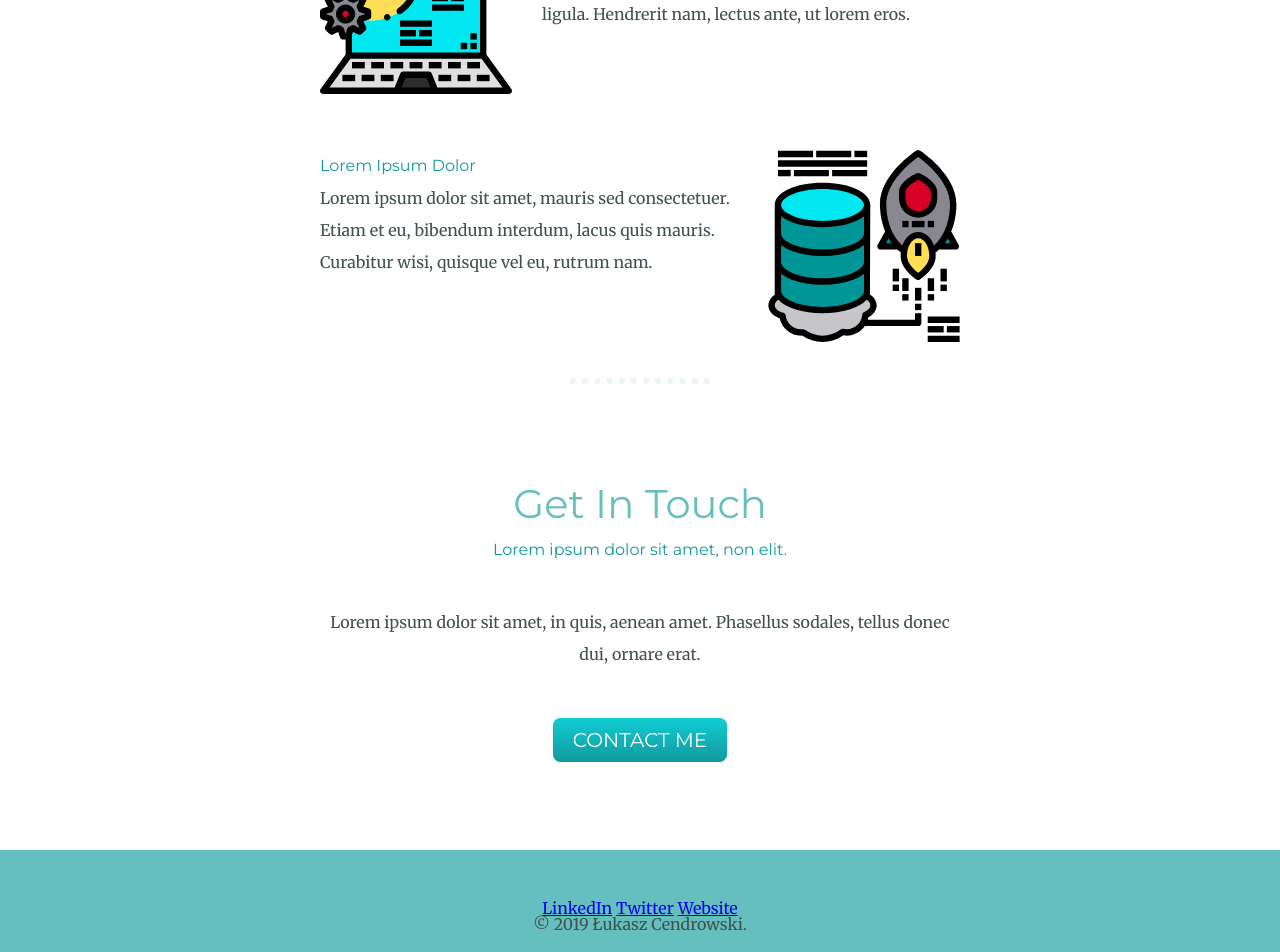
Repository: Isanderr/simple_landing_page-1
Page: index.html
These files come from the project's save history. The page is drawn as it stood at one moment and after the next save; the edit follows.
The browser window is 1280 px wide. The pictures show the part of the page from y = 1412 to 2364 px (the page is 2364 px tall).
A picture or video elsewhere on the page could not be fetched, so the positions and the page height are approximate.

Above is the page before, as saved 2019-02-01 17:59:38.

After the next save:
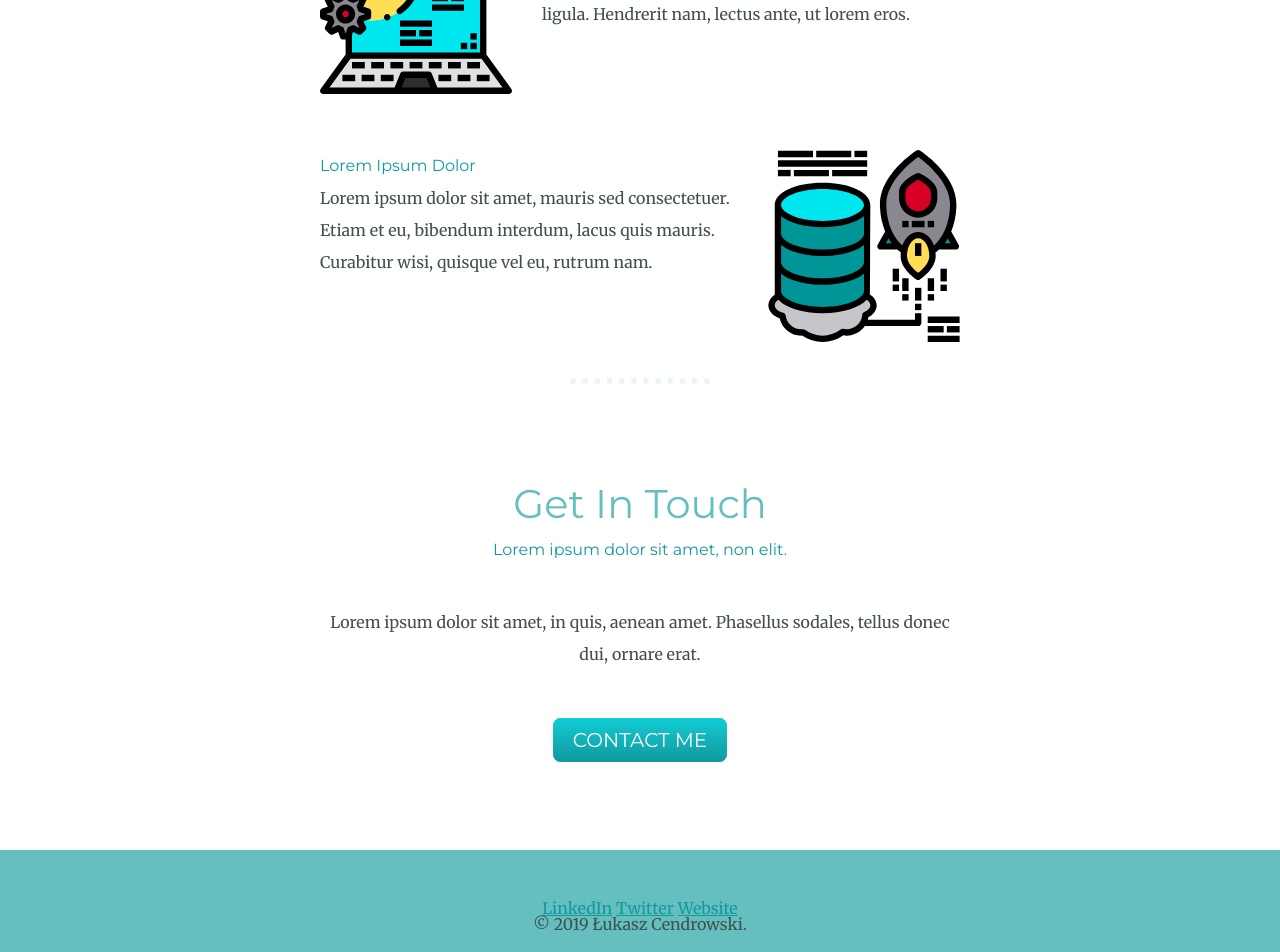
Saved 29 s later.
--- a/css/styles.css
+++ b/css/styles.css
@@ -35,7 +35,9 @@ hr {
     margin: 100px auto;
 }
 
-a{}
+a {
+    color: #11999E;
+}
 
 
 .top-container {
